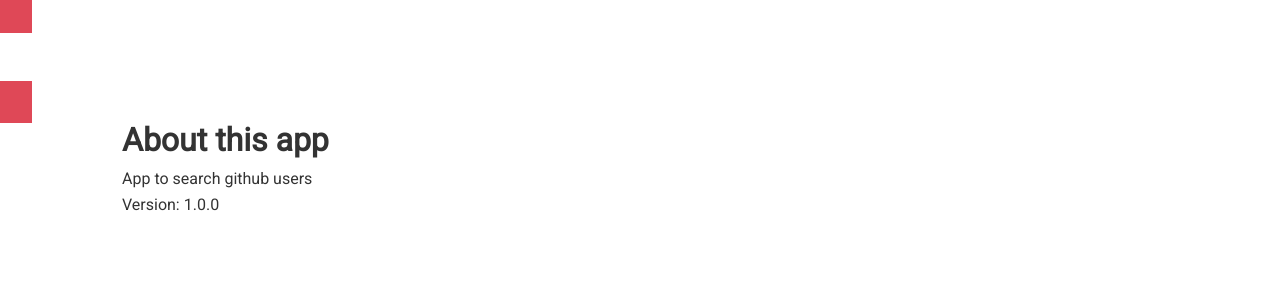
Repository: 7harshit20/github-users-finder
Page: /about
These files come from the project's save history. The page is drawn as it stood at one moment and after a run of saves; the edit follows.
The browser window is 1280 px wide. The pictures show the whole page.
The project was rebuilt for these pictures with package versions that can differ from the ones it lists, and the page was loaded fresh each time. Also part of the build but not shown: src/component/users/UserItems.js, src/component/layout/Spinner.js, src/component/users/Users.js, src/component/users/Search.js, src/component/layout/Alert.js.

Above is the page before, as saved 2021-10-03 11:03:33.

### src/App.js
import React, { Component, Fragment } from 'react';
import { BrowserRouter as Router, Switch, Route } from 'react-router-dom';
import Navbar from './component/layout/Navbar';
import Users from './component/users/Users';
import Search from './component/users/Search';
import Alert from './component/layout/Alert';
import About from './component/pages/About';
import axios from 'axios';
import './App.css';

class App extends Component {
  state = {
    users: [],
    loading: false,
    alert: null
  }

  searchUsers = async (text) => {
    this.setState({ loading: true });

    // const res = await fetch(`http://api.github.com/search/users?q=${text}&client_id=${process.env.REACT_APP_GITHUB_CLIENT_ID}&client_secret=${process.env.REACT_APP_GITHUB_CLIENT_SECRET}`);
    // const data = await res.json();
    // this.setState({ users: data.items, loading: false });
    const res = await axios.get(`http://api.github.com/search/users?q=${text}&client_id=${process.env.REACT_APP_GITHUB_CLIENT_ID}&client_secret=${process.env.REACT_APP_GITHUB_CLIENT_SECRET}`);

    this.setState({ loading: false, users: res.data.items });
  };

  clearUsers = () => {
    this.setState({ users: [] })
  }

  setAlert = (message, background) => {
    this.setState({ alert: { msg: message, type: background } });
    setTimeout(() => this.setState({ alert: null }), 3000)
  }

  // async componentDidMount() {
  //   this.setState({ loading: true });

  //   const res = await fetch(`http://api.github.com/users?client_id=${process.env.REACT_APP_GITHUB_CLIENT_ID}&client_secret=${process.env.REACT_APP_GITHUB_CLIENT_SECRET}`);
  //   const data = await res.json();

  //   this.setState({ users: data, loading: false });
  // }



  render() {
    // const name = "Someone";
    // const load = false;
    // const showName = true;
    // if (!showName && !load) {
    //   return (
    //     <h1>Changes successful</h1>
    //   )
    // }
    // return (
    //   <div className="App" >
    //     {load ? <h4>Loading...</h4> : <h1>{name}'s Changes successful</h1>}
    //   </div>
    //   // <Fragment>
    //   //   <h1>Hello again</h1>
    //   // </Fragment>
    // );
    const { loading, users, alert } = this.state;
    const name = "Github Finder";

    return (
      <Router>
        <div className="App">
          <Navbar title={name} />
          <div className="container">
            <Alert alert={alert} />
            <Switch>
              <Route exact path='/' render={(props) => (
                <Fragment>
                  <Search
                    searchUsers={this.searchUsers}
                    clearUsers={this.clearUsers}
                    setAlert={this.setAlert}
                    showClear={users.length > 0 ? true : false}
                  />
                  <Users loading={loading} users={users} />
                </Fragment>
              )}
              />
              <Route
                exact path='/about'
                render={(props) => (
                  <About />
                )}
              />
            </Switch>
          </div>
        </div>
      </Router>
    );

  }
}

export default App;

### src/component/layout/Navbar.js
// import React, { Component } from 'react'
// import PropTypes from 'prop-types'

// export class Navbar extends Component {
//     static defaultProps = {
//         title: 'Github Finder'
//     }

//     static propTypes = {
//         title: PropTypes.string.isRequired
//     }

//     render() {
//         return (
//             <nav className='bg-primary'>
//                 <h1>{this.props.title}</h1>
//             </nav>
//         )
//     }
// }

// export default Navbar
import React from 'react'
import PropTypes from 'prop-types'
import { Link } from 'react-router-dom'

const Navbar = ({ title }) => {
    return (
        <nav className='navbar bg-primary'>
            <h1>
                {title}
            </h1>
            <ul>
                <li><Link to="/">Home</Link></li>
                <li><Link to="/about">About</Link></li>
            </ul>
        </nav>
    )
}
Navbar.defaultProps = {
    title: 'Github Finder'
}

Navbar.propTypes = {
    title: PropTypes.string.isRequired
}


export default Navbar

### src/component/pages/About.js
import React, { Fragment } from 'react'

export const About = () => {
    return (
        <Fragment>
            <h1>About this app</h1>
            <p>App to search github users</p>
            <p>Version: 1.0.0</p>
        </Fragment>
    )
}

export default About;

### src/App.css
@import url("https://fonts.googleapis.com/css?family=Roboto");

/* Global Styles */
:root {
  --primary-color: #dc3545;
  --dark-color: #333333;
  --light-color: #f4f4f4;
  --danger-color: #dc3545;
  --success-color: #28a745;
}

* {
  box-sizing: border-box;
  margin: 0;
  padding: 0;
}

body {
  font-family: "Roboto", sans-serif;
  font-size: 1rem;
  line-height: 1.6;
  background-color: #fff;
  color: #333;
}

a {
  color: var(--primary-color);
  text-decoration: none;
}

a:hover {
  color: #666;
}

ul {
  list-style: none;
}

img {
  width: 100%;
}

/* Utilities */
.container {
  max-width: 1100px;
  margin: auto;
  overflow: hidden;
  padding: 0 2rem;
}

/* Text Styles*/
.x-large {
  font-size: 4rem;
  line-height: 1.2;
  margin-bottom: 1rem;
}

.large {
  font-size: 3rem;
  line-height: 1.2;
  margin-bottom: 1rem;
}

.lead {
  font-size: 1.5rem;
  margin-bottom: 1rem;
}

.text-center {
  text-align: center;
}

.text-primary {
  color: var(--primary-color);
}

.text-dark {
  color: var(--dark-color);
}

.text-success {
  color: var(--success-color);
}

.text-danger {
  color: var(--danger-color);
}

.text-center {
  text-align: center;
}

.text-right {
  text-align: right;
}

.text-left {
  text-align: left;
}

/* Center All */
.all-center {
  display: flex;
  flex-direction: column;
  width: 100%;
  margin: auto;
  justify-content: center;
  align-items: center;
  text-align: center;
}

/* Cards */
.card {
  padding: 1rem;
  border: #ccc 1px dotted;
  margin: 0.7rem 0;
}

/* List */
.list {
  margin: 0.5rem 0;
}

.list li {
  padding-bottom: 0.3rem;
}

/* Padding */
.p {
  padding: 0.5rem;
}
.p-1 {
  padding: 1rem;
}
.p-2 {
  padding: 2rem;
}
.p-3 {
  padding: 3rem;
}
.py {
  padding: 0.5rem 0;
}
.py-1 {
  padding: 1rem 0;
}
.py-2 {
  padding: 2rem 0;
}
.py-3 {
  padding: 3rem 0;
}

/* Margin */
.m {
  margin: 0.5rem;
}
.m-1 {
  margin: 1rem;
}
.m-2 {
  margin: 2rem;
}
.m-3 {
  margin: 3rem;
}
.my {
  margin: 0.5rem 0;
}
.my-1 {
  margin: 1rem 0;
}
.my-2 {
  margin: 2rem 0;
}
.my-3 {
  margin: 3rem 0;
}

/* Grid */
.grid-2 {
  display: grid;
  grid-template-columns: repeat(2, 1fr);
  grid-gap: 1rem;
}

.grid-3 {
  display: grid;
  grid-template-columns: repeat(3, 1fr);
  grid-gap: 1rem;
}

.grid-4 {
  display: grid;
  grid-template-columns: repeat(4, 1fr);
  grid-gap: 1rem;
}

.btn {
  display: inline-block;
  background: var(--light-color);
  color: #333;
  padding: 0.4rem 1.3rem;
  font-size: 1rem;
  border: none;
  cursor: pointer;
  margin-right: 0.5rem;
  transition: opacity 0.2s ease-in;
  outline: none;
}

.btn-link {
  background: none;
  padding: 0;
  margin: 0;
}

.btn-block {
  display: block;
  width: 100%;
}

.btn-sm {
  font-size: 0.8rem;
  padding: 0.3rem 1rem;
  margin-right: 0.2rem;
}

.badge {
  display: inline-block;
  font-size: 0.8rem;
  padding: 0.2rem 0.7rem;
  text-align: center;
  margin: 0.3rem;
  background: var(--light-color);
  color: #333;
  border-radius: 5px;
}

.alert {
  padding: 0.7rem;
  margin: 1rem 0;
  opacity: 0.9;
  background: var(--light-color);
  color: #333;
}

.btn-primary,
.bg-primary,
.badge-primary,
.alert-primary {
  background: var(--primary-color);
  color: #fff;
}

.btn-light,
.bg-light,
.badge-light,
.alert-light {
  background: var(--light-color);
  color: #333;
}

.btn-dark,
.bg-dark,
.badge-dark,
.alert-dark {
  background: var(--dark-color);
  color: #fff;
}

.btn-danger,
.bg-danger,
.badge-danger,
.alert-danger {
  background: var(--danger-color);
  color: #fff;
}

.btn-success,
.bg-success,
.badge-success,
.alert-success {
  background: var(--success-color);
  color: #fff;
}

.btn-white,
.bg-white,
.badge-white,
.alert-white {
  background: #fff;
  color: #333;
  border: #ccc solid 1px;
}

.btn:hover {
  opacity: 0.8;
}

.bg-light,
.badge-light {
  border: #ccc solid 1px;
}

.round-img {
  border-radius: 50%;
}

/* Forms */
input {
  margin: 1.2rem 0;
}

.form-text {
  display: block;
  margin-top: 0.3rem;
  color: #888;
}

input[type="text"],
input[type="email"],
input[type="password"],
input[type="date"],
select,
textarea {
  display: block;
  width: 100%;
  padding: 0.4rem;
  font-size: 1.2rem;
  border: 1px solid #ccc;
}

input[type="submit"],
button {
  font: inherit;
}

table th,
table td {
  padding: 1rem;
  text-align: left;
}

table th {
  background: var(--light-color);
}

/* Navbar */
.navbar {
  display: flex;
  display: inline;
  flex-direction: row;
  justify-content: space-between;
  /* align-items: center; */
  padding: 0.7rem 2rem;
  z-index: 1;
  width: 100%;
  opacity: 0.9;
  margin-bottom: 1rem;
}

.navbar ul {
  display: flex;
}

.navbar a {
  color: #fff;
  padding: 0.45rem;
  margin: 0 0.25rem;
}

.navbar a:hover {
  color: var(--light-color);
}

.navbar .welcome span {
  margin-right: 0.6rem;
}

/* Mobile Styles */
@media (max-width: 700px) {
  .hide-sm {
    display: none;
  }

  .grid-2,
  .grid-3,
  .grid-4 {
    grid-template-columns: 1fr;
  }

  /* Text Styles */
  .x-large {
    font-size: 3rem;
  }

  .large {
    font-size: 2rem;
  }

  .lead {
    font-size: 1rem;
  }

  /* Navbar */
  .navbar {
    display: block;
    text-align: center;
  }

  .navbar ul {
    /* text-align: center; */
    justify-content: center;
  }
}

Loaded but not shown: src/index.js (common file); src/reportWebVitals.js (common file)

After the next 2 saves:
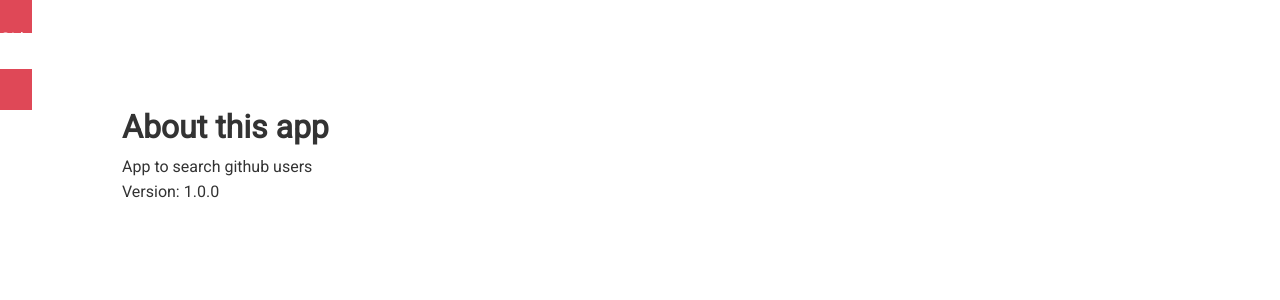
The 2 saves are shown as one change because 1 did not build or start.
The last was saved 39 s later.
--- a/src/component/layout/Navbar.js
+++ b/src/component/layout/Navbar.js
@@ -27,9 +27,9 @@
 const Navbar = ({ title }) => {
     return (
         <nav className='navbar bg-primary'>
-            <h1>
+            <div>
                 {title}
-            </h1>
+            </div>
             <ul>
                 <li><Link to="/">Home</Link></li>
                 <li><Link to="/about">About</Link></li>

After the save that followed:
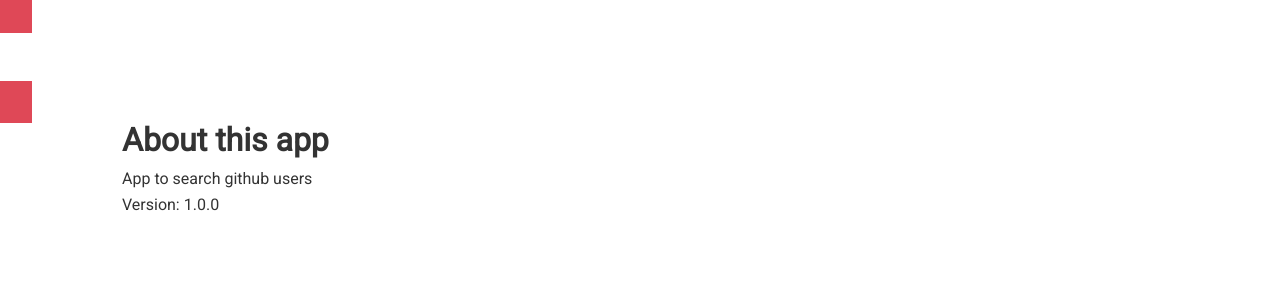
Saved 31 s later.
--- a/src/component/layout/Navbar.js
+++ b/src/component/layout/Navbar.js
@@ -27,9 +27,9 @@
 const Navbar = ({ title }) => {
     return (
         <nav className='navbar bg-primary'>
-            <div>
+            <h1>
                 {title}
-            </div>
+            </h1>
             <ul>
                 <li><Link to="/">Home</Link></li>
                 <li><Link to="/about">About</Link></li>
